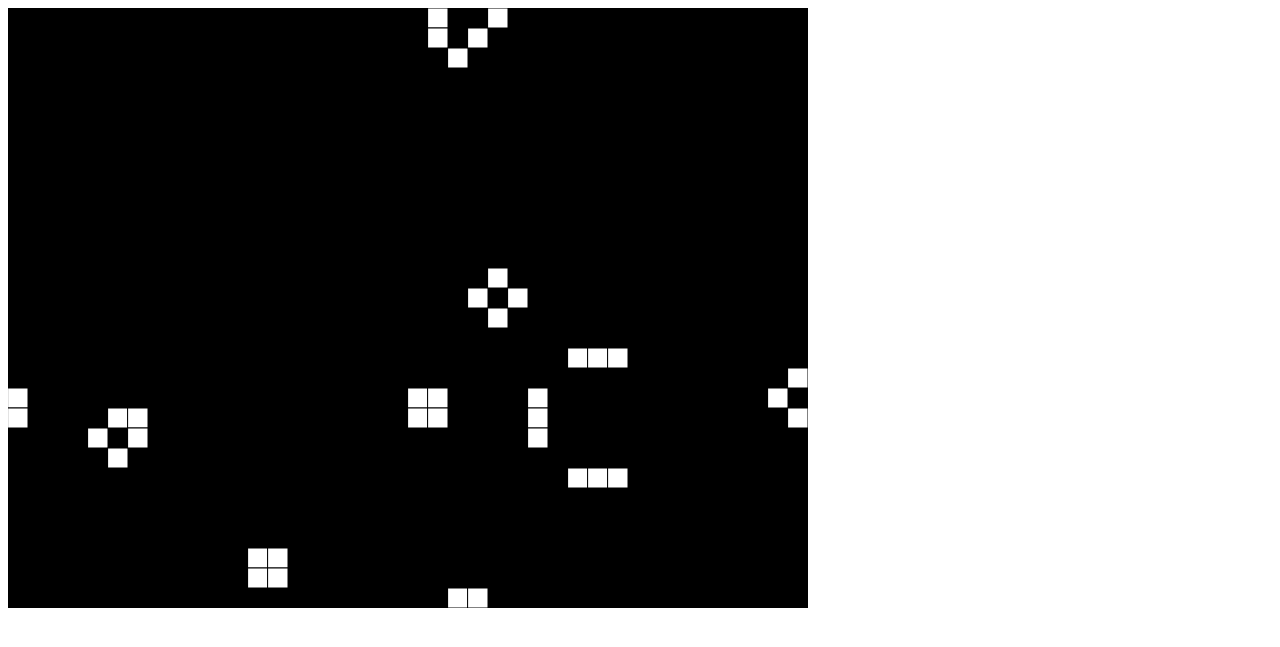
Repository: simenihlen/Game-of-Life
Page: index.html
These files come from the project's save history. The page is drawn as it stood at one moment and after the next save; the edit follows.
The browser window is 1280 px wide. The pictures show the whole page.

Above is the page before, as saved 2025-09-05 17:01:54.

After the next save:
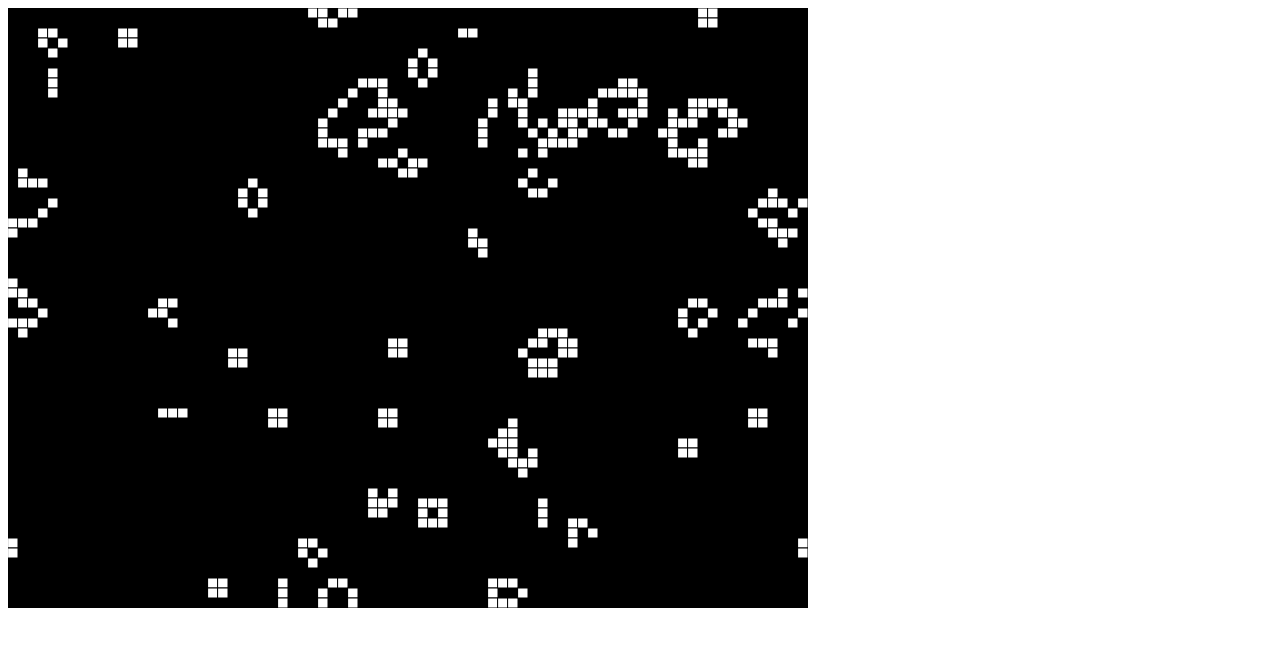
Saved 45 s later.
--- a/sketch.js
+++ b/sketch.js
@@ -8,7 +8,7 @@
 let grid;
 let cols;
 let rows;
-let resolution = 20;
+let resolution = 10;
 
 function setup() {
     createCanvas(800, 600);
